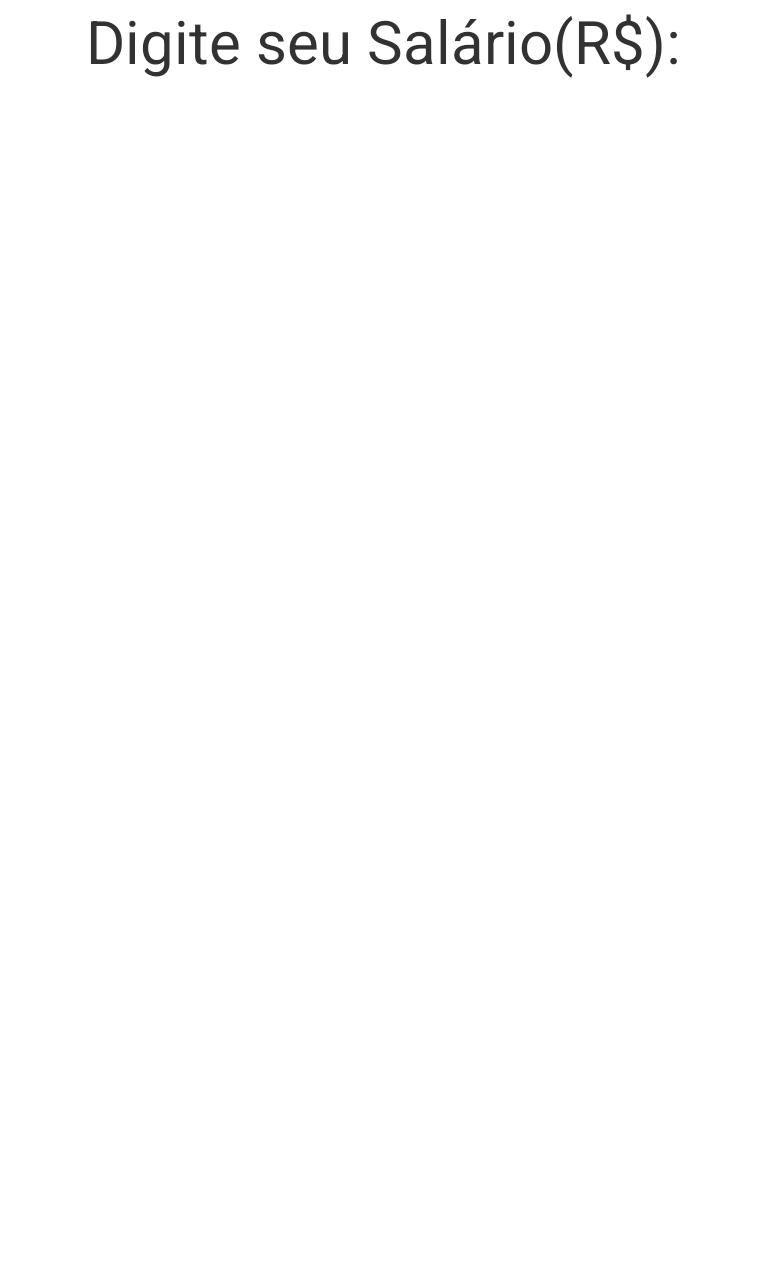
Repository: Rennanxp2/Android_Exercices_done
Layout: Exercícios Android 2/Ex3/res/layout/activity_salario.xml
These files come from the project's save history. The layout is drawn as it stood at one moment and after the next save; the edit follows.
It is drawn on a 768 x 1280 px phone screen (xhdpi) without system bars, with theme AppTheme; the app's code is not run.

Above is the layout before, as saved 2017-09-26 04:13:23.

After the next save:
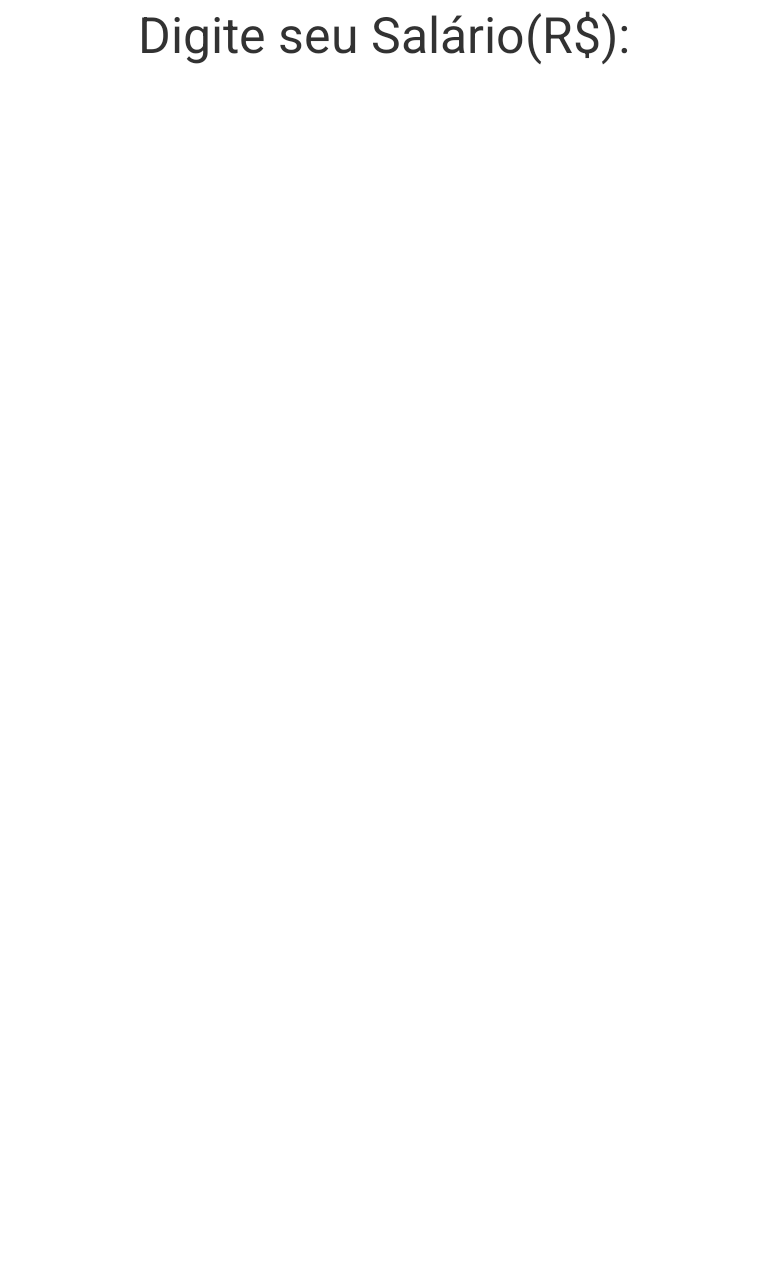
Saved 31 s later.
--- a/Exercícios Android 2/Ex3/res/layout/activity_salario.xml
+++ b/Exercícios Android 2/Ex3/res/layout/activity_salario.xml
@@ -16,9 +16,14 @@
             android:layout_width="wrap_content"
             android:layout_height="wrap_content"
             android:layout_gravity="center"
-            android:textSize="30dp"
+            android:textSize="25dp"
             android:text="Digite seu Salário(R$):" />
 
     </LinearLayout>
 
+    <LinearLayout
+        android:layout_width="match_parent"
+        android:layout_height="wrap_content" >
+    </LinearLayout>
+
 </LinearLayout>
